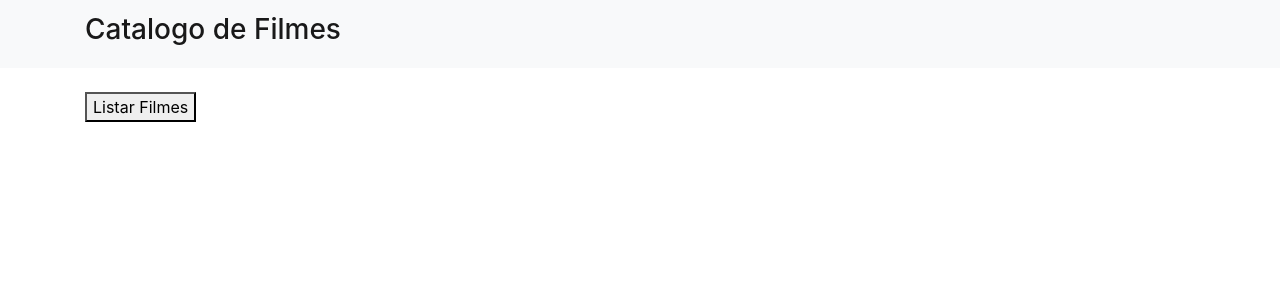
Repository: FredeRibeiro/htdocs-Desenvolvimento-Web-Completo-2019
Page: ajax/filmes.html
These files come from the project's save history. The page is drawn as it stood at one moment and after the next save; the edit follows.
The browser window is 1280 px wide. The pictures show the whole page.

Above is the page before, as saved 2019-10-16 12:11:29.

### ajax/filmes.html
<!DOCTYPE html>
<html lang="en">
<head>
	<meta charset="UTF-8">
	<meta name="viewport" content="width=device-width, initial-scale=1.0">
	<meta http-equiv="X-UA-Compatible" content="ie=edge">

	<link rel="stylesheet" href="https://stackpath.bootstrapcdn.com/bootstrap/4.1.3/css/bootstrap.min.css"
		integrity="sha384-MCw98/SFnGE8fJT3GXwEOngsV7Zt27NXFoaoApmYm81iuXoPkFOJwJ8ERdknLPMO" crossorigin="anonymous">

		<script>
			function getFilmes() {
				let xmlHttp = new XMLHttpRequest();

				xmlHttp.open('GET', 'http://localhost/ajax/filmes.xml');

				xmlHttp.onreadystatechange = () => {
					if (xmlHttp.readyState == 4 && xmlHttp.status == 200) {
						let XMLFilmes = xmlHttp.responseText
						console.log(XMLFilmes);

					}

					if (xmlHttp.readyState == 4 && xmlHttp.status == 404) {
						//..
					}
				}

				xmlHttp.send();


			}
		</script>


	<title>Catalogo de Filmes</title>


</head>
<body>
	<nav class="navbar navbar-light bg-light mb-4">
		<div class="container">
			<div class="navbar-brand mb-0 h1">
				<h3>Catalogo de Filmes</h3>
			</div>
		</div>
	</nav>

	<div class="container">
		<div class="row">
			<div class="col">
				<button type="button" onclick="getFilmes()">Listar Filmes</button>
			</div>
		</div>
	</div>
</body>
</html>

After the next save:
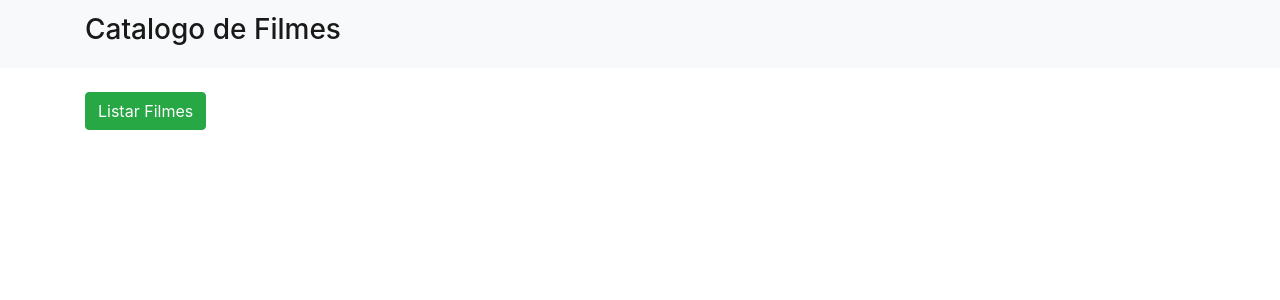
Saved 2 min 44 s later.
--- a/ajax/filmes.html
+++ b/ajax/filmes.html
@@ -49,7 +49,7 @@
 	<div class="container">
 		<div class="row">
 			<div class="col">
-				<button type="button" onclick="getFilmes()">Listar Filmes</button>
+				<button class="btn btn-success" type="button" onclick="getFilmes()">Listar Filmes</button>
 			</div>
 		</div>
 	</div>
